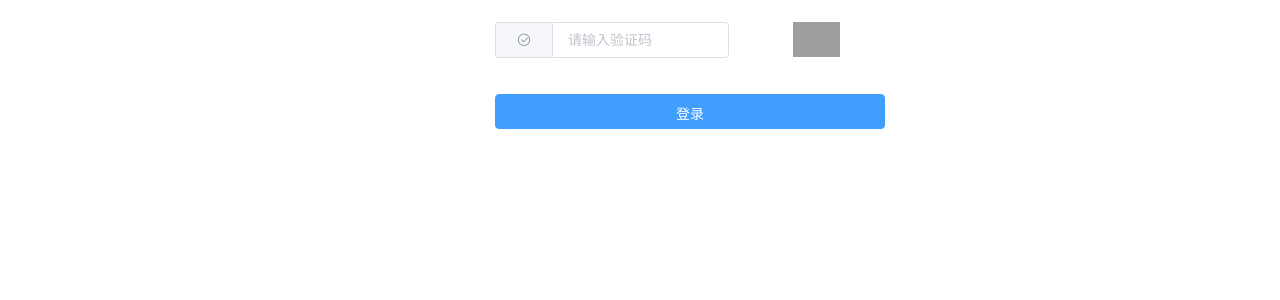
Repository: Ma-Xiao-Chao/hesuan_web
Page: /#/login
The author's editor kept a copy of each file at every save. The page is drawn from the files as they stood at one save, then again after the next save.
The browser window is 1280 px wide. The pictures show the whole page.
Pictures or frames that could not be fetched are drawn as grey boxes. The project was rebuilt for these pictures with package versions that can differ from the ones it lists, and the page was loaded fresh each time. Also part of the build but not shown: src/components/admin/common/main.vue, src/components/admin/Index.vue, src/components/admin/shiguan.vue, src/components/admin/SystemUser.vue, src/components/admin/rewu.vue, src/components/admin/ResultTable.vue, src/components/admin/UserInfo.vue.

Above is the page before, as saved 2022-11-10 09:56:45.

### index.html
<!DOCTYPE html>
<html>
  <head>
    <meta charset="utf-8">
    <meta name="viewport" content="width=device-width,initial-scale=1.0">
    <title>hesuan</title>
  </head>
  <body>
    <div id="app"></div>
    <!-- built files will be auto injected -->
  </body>
</html>

### src/main.js
// The Vue build version to load with the `import` command
// (runtime-only or standalone) has been set in webpack.base.conf with an alias.
import Vue from 'vue'
import App from './App'
import router from './router'
import ElementUI from 'element-ui';
import 'element-ui/lib/theme-chalk/index.css';
import axios from 'axios'


Vue.use(ElementUI);

Vue.config.productionTip = false
Vue.prototype.$axios = axios
axios.defaults.baseURL = 'http://localhost:8088/api'
/* eslint-disable no-new */
new Vue({
  el: '#app',
  router,
  components: { App },
  template: '<App/>'
})

### src/router/index.js
import Vue from 'vue'
import Router from 'vue-router'
// import HelloWorld from '@/components/HelloWorld'
import login from '@/components/admin/login'
import main from '@/components/admin/common/main'
import Index from '@/components/admin/Index'
import shiguan from '@/components/admin/shiguan'
import SystemUser from '@/components/admin/SystemUser'
import rewu from '@/components/admin/rewu'
import jiance from '@/components/admin/ResultTable'
import renyuan from '@/components/admin/UserInfo'

Vue.use(Router)

export default new Router({
  routes: [
    {
      path: '/',
      name: main,
      component: main,
      children: [
        {
          path: '/',
          component:Index,
        },
        {
          path: '/main/shiguan',
          component:shiguan,
        },
        {
          path: '/main/sysuser',
          component:SystemUser,
        },
        {
          path: '/main/renwu',
          component:rewu,
        },
        {
          path: '/main/jiance',
          component:jiance,
        },
        {
          path: '/main/renyuan',
          component:renyuan,
        },
      ]
    },
    {
      path: '/login',
      name: login,
      component: login
    },

  ]
})

### src/components/admin/login.vue
<template>
    <div class="login-wrap">
        <div class="ms-login">
            <div class="ms-title">核酸检测登记查询系统</div>
            <el-form :model="param" :rules="rules" ref="login" label-width="0px" class="ms-content">
                <el-form-item prop="username">
                    <el-input size='medium' v-model="param.username" placeholder="请输入用户名" @keyup.enter.native="submitForm()">
                        <el-button slot="prepend" icon="el-icon-user"></el-button>
                    </el-input>
                </el-form-item>
                <el-form-item prop="password">
                    <el-input size='medium' type="password" placeholder="请输入密码" v-model="param.password"
                        @keyup.enter.native="submitForm()">
                        <el-button slot="prepend" icon="el-icon-lock"></el-button>
                    </el-input>
                </el-form-item>
                <el-form-item prop="checkcode">
                    <el-input class='login-code-input' size='medium' v-model="param.checkcode" placeholder="请输入验证码"
                        @keyup.enter.native="submitForm()">
                        <el-button slot="prepend" icon="el-icon-circle-check"></el-button>
                    </el-input>
                    <img ref='checkCodeRef' @click='getCheckCode()' class='login-code-img' :src="serverUrl+'/CheckCode'"
                        alt=''>
                </el-form-item>
                <div class="login-btn">
                    <el-button type="primary" @click="submitForm()" :loading.sync="loginBtnLoading">{{loginBtnLoading?'登录中':'登录'}}</el-button>
                </div>
                <p class="login-tips"></p>
            </el-form>
        </div>
    </div>
</template>

<script>

    export default {
        data() {
            return {
                param: {
                    username: '',
                    password: '',
                    checkcode: ''
                },
                rules: {
                    username: [{ required: true, message: '请输入用户名', trigger: 'blur' }],
                    password: [{ required: true, message: '请输入密码', trigger: 'blur' }],
                    checkcode: [{ required: true, message: '请输入验证码', trigger: 'blur' }],
                },
                  loginBtnLoading:false,
            };
        },
        methods: {
            checkLogin() {

            },
            submitForm() {

            },
            getCheckCode() {
            },
        },
        created() {
               this.checkLogin()
        }
    };
</script>

<style scoped>
    .login-wrap {
        position: relative;
        width: 100%;
        height: 100%;
        background-color: #242f42;
        background-size: 100%;
    }

    .ms-title {
        width: 100%;
        line-height: 50px;
        text-align: center;
        font-size: 40px;
        color: #F5F5F5;
    }

    .ms-login {
        position: absolute;
        left: 50%;
        top: 50%;
        width: 450px;
        margin: -190px 0 0 -175px;
        border-radius: 5px;
        overflow: hidden;
    }

    .ms-content {
        padding: 30px 30px;
    }

    .login-code-input {
        width: 60%;
        float: left;
    }

    .login-code-img {
        margin-left: 5%;
        height: 35px;
    }

    .login-btn {
        text-align: center;
    }

    .login-btn button {
        width: 100%;
        height: 35px;
        margin-bottom: 10px;
    }

    .login-tips {
        font-size: 12px;
        line-height: 30px;
        color: #fff;
    }
</style>

Loaded but not shown: src/App.vue (common file)

After the next save:
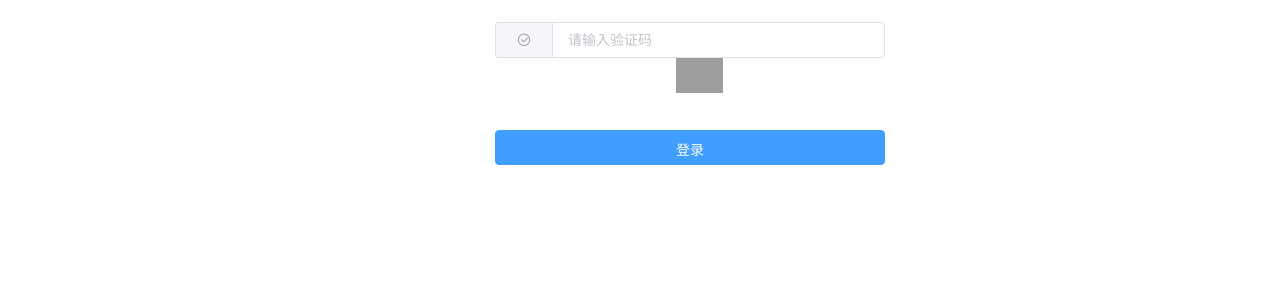
Saved 11 s later.
--- a/src/components/admin/login.vue
+++ b/src/components/admin/login.vue
@@ -65,7 +65,7 @@
     };
 </script>
 
-<style scoped>
+<style >
     .login-wrap {
         position: relative;
         width: 100%;

After the 2 saves that followed:
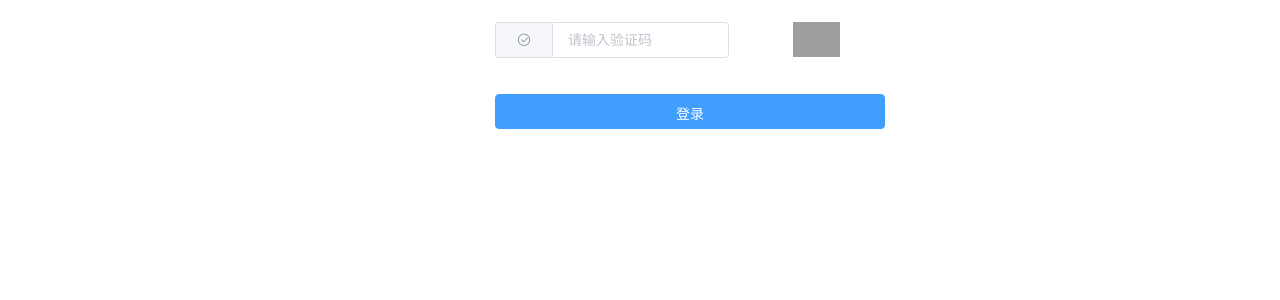
The 2 saves are shown as one change because 1 left the picture as it was.
The last was saved 101 s later.
--- a/src/components/admin/login.vue
+++ b/src/components/admin/login.vue
@@ -30,9 +30,7 @@
         </div>
     </div>
 </template>
-
 <script>
-
     export default {
         data() {
             return {
@@ -65,7 +63,7 @@
     };
 </script>
 
-<style >
+<style lang="less" scoped>
     .login-wrap {
         position: relative;
         width: 100%;
